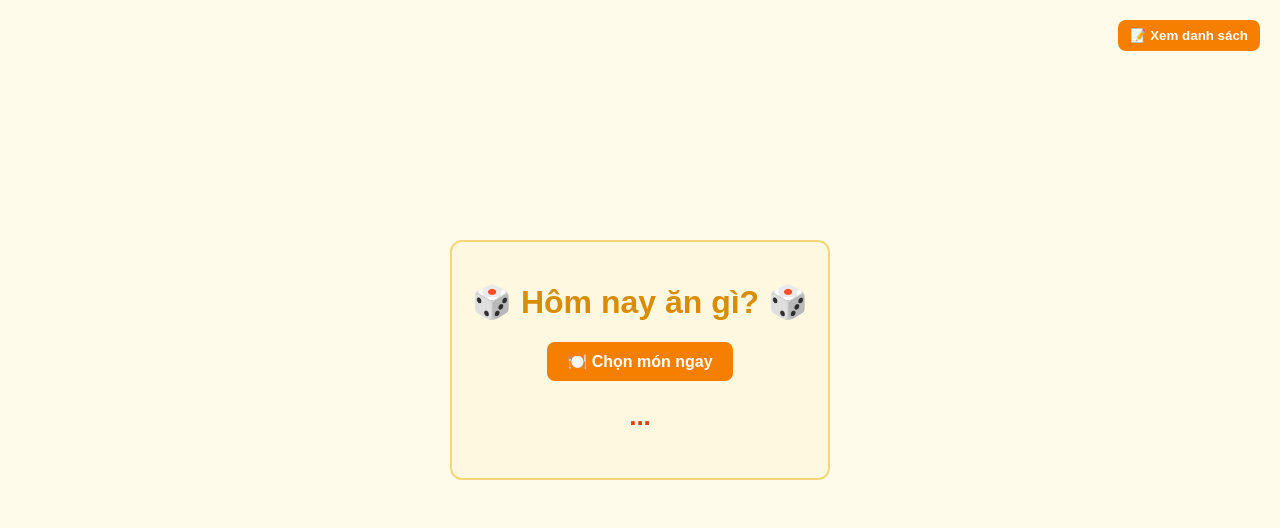
Repository: NT912/What-s-food-today-
Page: index.html
The author's editor kept a copy of each file at every save. The page is drawn from the files as they stood at one save, then again after the next save.
The browser window is 1280 px wide. The pictures show the whole page.

Above is the page before, as saved 2024-12-17 21:08:04.

### index.html
<!DOCTYPE html>
<html lang="vi">

<head>
  <meta charset="UTF-8">
  <meta name="viewport" content="width=device-width, initial-scale=1.0">
  <title>Random Món Ăn</title>
  <link rel="stylesheet" href="style.css">
</head>

<body>
  <!-- Phần random món ăn -->
  <div class="container">
    <h1>🎲 Hôm nay ăn gì? 🎲</h1>
    <button id="randomBtn" onclick="startRandom()">🍽️ Chọn món ngay</button>
    <p id="randomFood">...</p>
  </div>

  <!-- Nút mở popup danh sách -->
  <button class="edit-btn" onclick="openPopup()">📝 Xem danh sách</button>

  <!-- Popup chỉnh sửa danh sách -->
  <div id="popup" class="popup">
    <div class="popup-content">
      <span class="close-btn" onclick="closePopup()">❌</span>
      <h2>📋 Danh sách món ăn</h2>
      <ul id="foodList"></ul>
      <div class="controls">
        <input type="text" id="foodInput" placeholder="Tên món ăn...">
        <input type="text" id="addressInput" placeholder="Địa chỉ (tùy chọn)...">
        <button onclick="addFood()">➕ Thêm</button>
      </div>
    </div>
  </div>

  <!-- Popup kết quả chúc mừng -->
  <div id="resultPopup" class="popup">
    <div class="result-content" id="resultPopupContent"></div>
  </div>

  <script src="script.js"></script>
</body>

</html>

### style.css
/* General Styles */
body {
  font-family: "Arial", sans-serif;
  margin: 0;
  background-color: #fffbea;
  color: #333;
  display: flex;
  justify-content: center;
  align-items: center;
  height: 100vh;
}

h1 {
  color: #d88c00;
}

.container {
  text-align: center;
  background: #fff8e1;
  border: 2px solid #f5d77a;
  padding: 20px;
  border-radius: 12px;
}

#randomBtn {
  background: #f77f00;
  color: #fff;
  border: none;
  padding: 10px 20px;
  font-size: 16px;
  font-weight: bold;
  border-radius: 8px;
  cursor: pointer;
  transition: 0.3s;
}

#randomBtn:hover {
  transform: scale(1.1);
  background: #e76f00;
}

#randomFood {
  margin-top: 20px;
  font-size: 26px;
  color: #d84315;
  font-weight: bold;
}

.edit-btn {
  position: absolute;
  top: 20px;
  right: 20px;
  background: #f77f00;
  color: white;
  padding: 8px 12px;
  border: none;
  border-radius: 8px;
  cursor: pointer;
  font-weight: bold;
}

.popup {
  display: none;
  position: fixed;
  top: 0;
  left: 0;
  width: 100%;
  height: 100%;
  background: rgba(0, 0, 0, 0.5);
  justify-content: center;
  align-items: center;
}

.popup-content,
.result-content {
  background: #fff8e1;
  padding: 20px;
  border-radius: 12px;
  text-align: center;
  box-shadow: 0 8px 16px rgba(0, 0, 0, 0.3);
  animation: popupEffect 0.5s;
}

@keyframes popupEffect {
  0% {
    transform: scale(0.8);
    opacity: 0;
  }
  100% {
    transform: scale(1);
    opacity: 1;
  }
}

### script.js
let foodList = [
  "Mì quảng tôm thịt",
  "Bánh cuốn",
  "Bún nước KonTum",
  "Cút lộn xào me",
  "Ốc đinh",
  "Mì cay",
  "Bún bò",
  "Chè",
  "Bánh mì chảo",
  "Mì trộn",
  "Xôi",
  "Mì quảng ếch",
  "Bún ram chay",
  "Bún thịt nướng",
  "Cá viên chiên mắm",
  "Cơm gà chiên mắm",
  "Bún chả",
  "Bún đậu mắm tôm",
  "Bún riêu",
  "Bánh mì ổ",
  "Cơm chiên",
  "Miến trộn",
  "Phở",
  "Bánh tráng kẹp",
  "Bánh canh",
  "Bún cá chấm",
  "Bánh đúc nóng",
  "Phở khô gia lai",
  "Bánh tráng kẹp",
  "Nem chua rán",
  "Ram cuốn cải",
  "Bánh bèo",
  "Bánh lọc",
  "Bánh căn",
  "Kem bơ",
];

function startRandom() {
  const result = document.getElementById("randomFood");
  let index = 0;

  // Thêm hiệu ứng nhấp nháy trong 2 giây
  const interval = setInterval(() => {
    index = Math.floor(Math.random() * foodList.length);
    result.textContent = foodList[index];
    result.style.color = getRandomColor();
  }, 100);

  // Kết thúc hiệu ứng và hiển thị kết quả
  setTimeout(() => {
    clearInterval(interval);
    result.textContent = `🍽️ ${foodList[index]}!`;
    result.style.color = "#d84315"; // Màu cam đậm

    // Hiển thị popup chúc mừng
    showResultPopup(foodList[index]);
  }, 2000);
}

function showResultPopup(food) {
  const popup = document.getElementById("resultPopup");
  const popupContent = document.getElementById("resultPopupContent");

  popupContent.innerHTML = `
        🎉 Chúc mừng! Món ăn hôm nay là: <br>
        <strong>${food}</strong> 🎉
    `;

  popup.style.display = "flex";

  // Đóng popup khi click ra ngoài vùng popup
  window.onclick = function (event) {
    if (event.target === popup) {
      closeResultPopup();
    }
  };
}

function closeResultPopup() {
  document.getElementById("resultPopup").style.display = "none";
  window.onclick = null; // Xóa sự kiện click
}

function getRandomColor() {
  const colors = [
    "#f77f00",
    "#f9844a",
    "#ffcd56",
    "#ffafcc",
    "#bde0fe",
    "#ffc8dd",
  ];
  return colors[Math.floor(Math.random() * colors.length)];
}

function renderList() {
  const list = document.getElementById("foodList");
  list.innerHTML = "";
  foodList.forEach((food, index) => {
    list.innerHTML += `
            <li>
                ${food}
                <button onclick="deleteFood(${index})">❌</button>
            </li>
        `;
  });
}

function addFood() {
  const input = document.getElementById("foodInput");
  const newFood = input.value.trim();
  if (newFood) {
    foodList.push(newFood);
    input.value = "";
    renderList();
  }
}

function deleteFood(index) {
  foodList.splice(index, 1);
  renderList();
}

function openPopup() {
  const popup = document.getElementById("popup");
  popup.style.display = "flex";

  // Đóng popup khi click ra ngoài vùng nội dung
  window.onclick = function (event) {
    if (event.target === popup) {
      closePopup();
    }
  };
}

function closePopup() {
  document.getElementById("popup").style.display = "none";
  window.onclick = null; // Xóa sự kiện click ra ngoài
}

window.onload = () => {
  renderList();
};

After the next save:
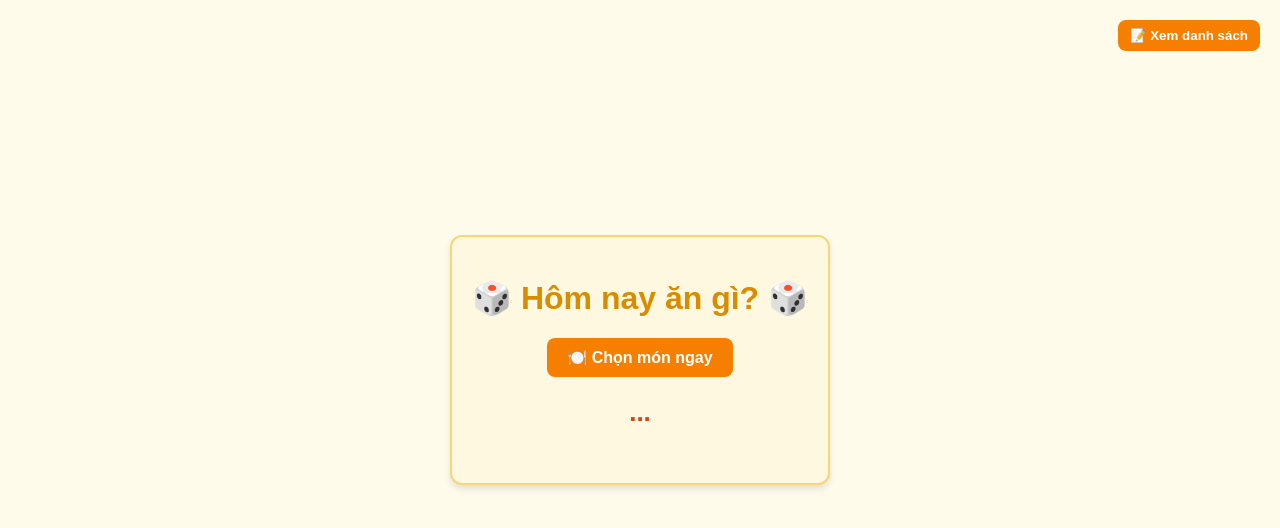
Saved 4 s later.
--- a/style.css
+++ b/style.css
@@ -2,28 +2,30 @@
 body {
   font-family: "Arial", sans-serif;
   margin: 0;
-  background-color: #fffbea;
+  background-color: #fffbea; /* Nền vàng nhẹ */
   color: #333;
   display: flex;
   justify-content: center;
   align-items: center;
   height: 100vh;
+  overflow: hidden;
 }
 
 h1 {
-  color: #d88c00;
+  color: #d88c00; /* Cam vàng đậm */
 }
 
 .container {
   text-align: center;
-  background: #fff8e1;
+  background: #fff8e1; /* Vàng nhạt */
   border: 2px solid #f5d77a;
   padding: 20px;
   border-radius: 12px;
+  box-shadow: 0 4px 6px rgba(0, 0, 0, 0.1);
 }
 
 #randomBtn {
-  background: #f77f00;
+  background: #f77f00; /* Cam đậm */
   color: #fff;
   border: none;
   padding: 10px 20px;
@@ -31,7 +33,7 @@ h1 {
   font-weight: bold;
   border-radius: 8px;
   cursor: pointer;
-  transition: 0.3s;
+  transition: transform 0.2s, background 0.3s;
 }
 
 #randomBtn:hover {
@@ -42,10 +44,12 @@ h1 {
 #randomFood {
   margin-top: 20px;
   font-size: 26px;
-  color: #d84315;
+  color: #d84315; /* Cam đậm */
   font-weight: bold;
+  height: 40px;
 }
 
+/* Edit Button */
 .edit-btn {
   position: absolute;
   top: 20px;
@@ -59,6 +63,11 @@ h1 {
   font-weight: bold;
 }
 
+.edit-btn:hover {
+  background: #e76f00;
+}
+
+/* Popup chung */
 .popup {
   display: none;
   position: fixed;
@@ -66,28 +75,40 @@ h1 {
   left: 0;
   width: 100%;
   height: 100%;
-  background: rgba(0, 0, 0, 0.5);
+  background-color: rgba(0, 0, 0, 0.5);
   justify-content: center;
   align-items: center;
+  z-index: 1000;
 }
 
-.popup-content,
-.result-content {
+.popup-content {
   background: #fff8e1;
-  padding: 20px;
+  padding: 30px;
   border-radius: 12px;
   text-align: center;
-  box-shadow: 0 8px 16px rgba(0, 0, 0, 0.3);
-  animation: popupEffect 0.5s;
+  width: 400px;
 }
 
-@keyframes popupEffect {
-  0% {
-    transform: scale(0.8);
-    opacity: 0;
-  }
-  100% {
-    transform: scale(1);
-    opacity: 1;
-  }
+li {
+  background: #fff5cc;
+  margin: 5px 0;
+  padding: 8px 12px;
+  display: flex;
+  justify-content: space-between;
+  border-radius: 8px;
+  border: 1px solid #f5d77a;
 }
+
+li div {
+  text-align: left;
+}
+
+li strong {
+  font-size: 16px;
+  color: #d84315;
+}
+
+li small {
+  font-size: 12px;
+  color: #666;
+}
